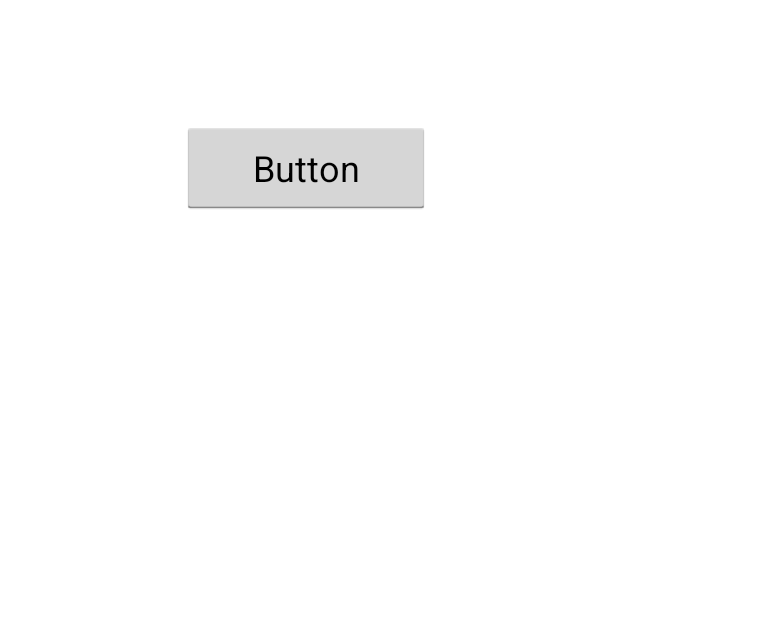
Repository: complexityclass/VideoSaver
Layout: VideoSaver/res/layout/activity_main.xml
These files come from the project's save history. The layout is drawn as it stood at one moment and after the next save; the edit follows.
The pictures show rows 644 to 1280 of an output 1280 px tall.
It is drawn on a 768 x 1280 px phone screen (xhdpi) without system bars, with theme AppTheme; the app's code is not run.

Above is the layout before, as saved 2014-01-30 14:45:51.

### VideoSaver/res/layout/activity_main.xml
<AbsoluteLayout xmlns:android="http://schemas.android.com/apk/res/android"
    xmlns:tools="http://schemas.android.com/tools"
    android:layout_width="match_parent"
    android:layout_height="match_parent"
    android:paddingBottom="@dimen/activity_vertical_margin"
    android:paddingLeft="@dimen/activity_horizontal_margin"
    android:paddingRight="@dimen/activity_horizontal_margin"
    android:paddingTop="@dimen/activity_vertical_margin"
    tools:context=".MainActivity" >

    <ImageView
        android:id="@+id/imageView1"
        android:layout_width="match_parent"
        android:layout_height="118dp"
        android:layout_x="3dp"
        android:layout_y="9dp"
        android:visibility="visible" />

    <VideoView
        android:id="@+id/videoView1"
        android:layout_width="wrap_content"
        android:layout_height="110dp"
        android:layout_x="1dp"
        android:layout_y="196dp"
        android:visibility="invisible" />

    <Button
        android:id="@+id/btnIntendV"
        android:layout_width="126dp"
        android:layout_height="wrap_content"
        android:layout_x="74dp"
        android:layout_y="366dp"
        android:text="Button" />

</AbsoluteLayout>

### VideoSaver/res/values/strings.xml
<?xml version="1.0" encoding="utf-8"?>
<resources>

    <string name="app_name">VideoSaver</string>
    <string name="action_settings">Settings</string>
    <string name="hello_world">Hello world!</string>
    <string name="btnIntendV">Take Video</string>

</resources>

Loaded but not shown: VideoSaver/res/values/styles.xml (common file); VideoSaver/res/values-v11/styles.xml (common file); VideoSaver/res/values-v14/styles.xml (common file); VideoSaver/res/values/dimens.xml (common file)

After the next save:
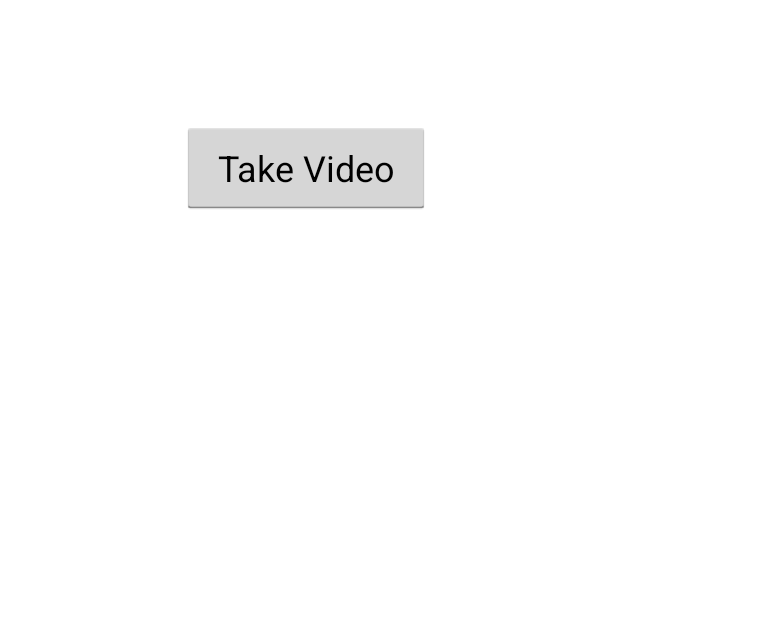
Saved 6 s later.
--- a/VideoSaver/res/layout/activity_main.xml
+++ b/VideoSaver/res/layout/activity_main.xml
@@ -30,6 +30,6 @@
         android:layout_height="wrap_content"
         android:layout_x="74dp"
         android:layout_y="366dp"
-        android:text="Button" />
+        android:text="@string/btnIntendV" />
 
 </AbsoluteLayout>
